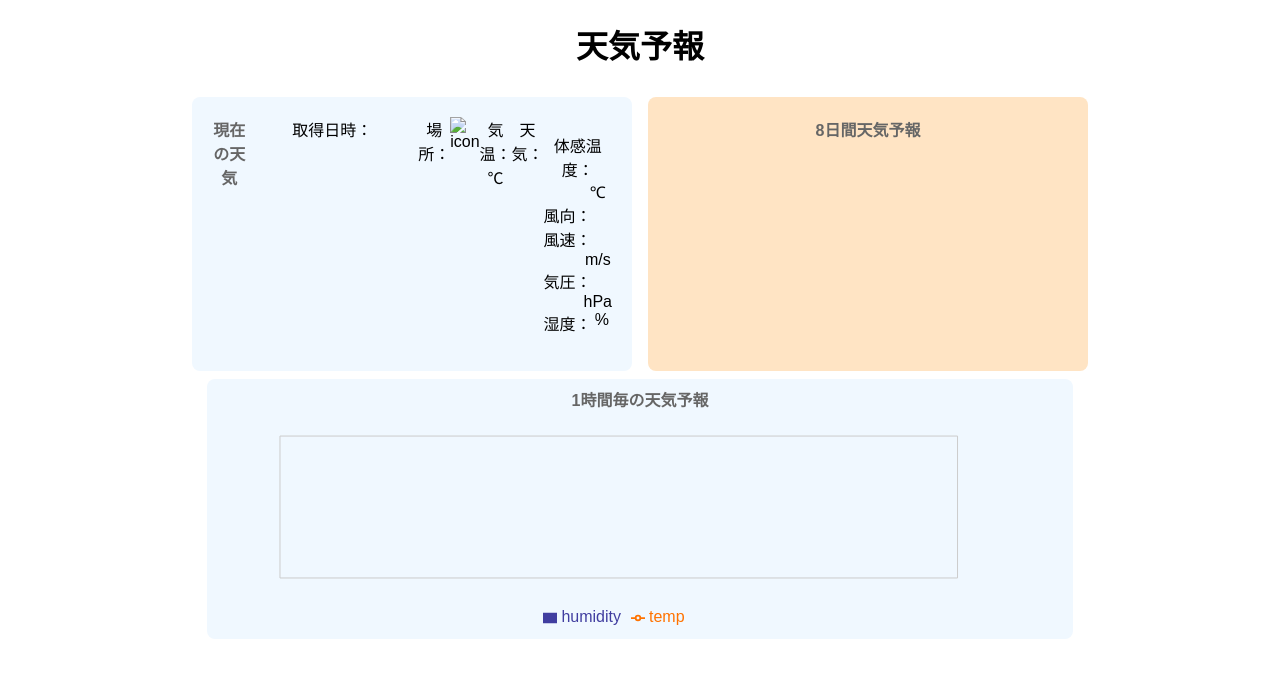
Repository: IshigureTomoki/weather-app
Page: /
These files come from the project's save history. The page is drawn as it stood at one moment and after the next save; the edit follows.
The browser window is 1280 px wide. The pictures show the whole page.
The page's requests for data from a server got no answer. The project was rebuilt for these pictures with package versions that can differ from the ones it lists, and the page was loaded fresh each time. No one was signed in, and anything a server would have sent is missing.

Above is the page before, as saved 2022-02-25 14:50:31.

### src/App.tsx
import axios from "axios";
import { report } from "process";
import React, { useEffect, useState } from "react";
import { convertTypeAcquisitionFromJson } from "typescript";
import "./App.css";
import { LinePlot } from "./components/LinePlot";

function App() {
  useEffect(() => {
    wetherOneCall();
  }, []);

  type weatherReportType = {
    time: string;
    timezone: string;
    temp: string;
    feels_like: string;
    wind_deg: string;
    wind_speed: string;
    pressure: string;
    humidity: string;
    weatherDescription: string;
    weatherIcon: string;
  };

  type weatherDailyReportsType = {
    dt: number;
    temp: {
      max: string;
      min: string;
    };
    weather: [
      {
        description: string;
        icon: string;
        id: string;
        main: string;
      }
    ];
  };

  type weatherHourlyReportsType = {
    time: string;
    temp: string;
    humidity: string;
  };

  const [weatherReport, setWeatherReport] = useState<weatherReportType>();
  const [weatherDailyReports, setWeatherDailyReports] = useState<
    weatherDailyReportsType[]
  >([]);

  const [weatherHourlyReports, setWeatherHourlyReports] = useState<
    weatherHourlyReportsType[]
  >([]);
  const [serchCity, setSearchCity] = useState("");

  const time = (dt: number) => {
    const srTime = new Date(dt * 1000);
    const time = srTime.toLocaleTimeString();
    return `${time}`;
  };

  const hour = (dt: number) => {
    const srTime = new Date(dt * 1000);
    const hour = srTime.getHours();
    return `${hour}`;
  };

  const mday = (dt: number) => {
    const srTime = new Date(dt * 1000);
    const day = srTime.toLocaleDateString();
    return `${day}`;
  };

  const date = (dt: number) => {
    const srTime = new Date(dt * 1000);
    const date = srTime.getDate();
    return `${date}`;
  };

  const dayOfWeekStr = (dt: number) => {
    const srTime = new Date(dt * 1000);
    const day = srTime.getDay();
    const dayOfWeekStrJP = ["日", "月", "火", "水", "木", "金", "土"];
    return `(${dayOfWeekStrJP[day]})`;
  };

  const wetherOneCall = async () => {
    await axios
      .get(
        "https://api.openweathermap.org/data/2.5/onecall?lat=35.690&lon=139.692&lang=ja&units=metric&appid=ff86fbdda3c22e95ce0071f6a7826f6c"
      )
      .then((res) => {
        console.log(res);

        const get_wind_deg = (wind_deg: number) => {
          let r = "北↓";
          if (wind_deg >= 11.25) r = "北北東";
          if (wind_deg >= 33.75) r = "北東↙︎";
          if (wind_deg >= 56.25) r = "東北東";
          if (wind_deg >= 78.75) r = "東←";
          if (wind_deg >= 101.25) r = "東南東";
          if (wind_deg >= 123.75) r = "南東↖︎";
          if (wind_deg >= 146.25) r = "南南東";
          if (wind_deg >= 168.75) r = "南↑";
          if (wind_deg >= 191.25) r = "南南西";
          if (wind_deg >= 213.75) r = "南西↗︎";
          if (wind_deg >= 236.25) r = "西南西";
          if (wind_deg >= 258.75) r = "西→";
          if (wind_deg >= 281.25) r = "西北西";
          if (wind_deg >= 303.75) r = "北西↘︎";
          if (wind_deg >= 326.25) r = "北北西";
          return r;
        };

        const report = {
          time: `${mday(res.data.current.dt)} ${time(res.data.current.dt)}`,
          timezone: res.data.timezone,
          temp: res.data.current.temp,
          feels_like: res.data.current.feels_like,
          wind_deg: get_wind_deg(res.data.current.wind_deg),
          wind_speed: res.data.current.wind_speed,
          pressure: res.data.current.pressure,
          humidity: res.data.current.humidity,
          weatherDescription: res.data.current.weather[0].description,
          weatherIcon: `http://openweathermap.org/img/wn/${res.data.current.weather[0].icon}@2x.png`,
        };

        const hourlyreports = res.data.hourly.map(
          (hourly: any, index: number) => {
            return {
              time: hour(hourly.dt),
              temp: hourly.temp,
              humidity: hourly.humidity,
            };
          }
        );

        hourlyreports.length = 24;

        console.log(report);
        setWeatherReport(report);
        setWeatherDailyReports(res.data.daily);
        console.log(hourlyreports);
        setWeatherHourlyReports(hourlyreports);
      });
  };
  return (
    <>
      <div className="App">
        <h1>天気予報</h1>
        <div className="upper">
          <div className="now-area">
            <div className="title">現在の天気</div>
            <div className="nowtime">取得日時：{weatherReport?.time}</div>
            <div className="nowplace">場所：{weatherReport?.timezone}</div>
            <div>
              <img src={weatherReport?.weatherIcon} alt="icon"
                      width={120}/>
            </div>
            <div>気温：{weatherReport?.temp}℃</div>
            <div>天気：{weatherReport?.weatherDescription}</div>
            <dl>
              <dt>体感温度</dt>
              <dd>{weatherReport?.feels_like}℃</dd>
              <dt>風向</dt>
              <dd>{weatherReport?.wind_deg}</dd>
              <dt>風速</dt>
              <dd>{weatherReport?.wind_speed}m/s</dd>
              <dt>気圧</dt>
              <dd>{weatherReport?.pressure}hPa</dd>
              <dt>湿度</dt>
              <dd>{weatherReport?.humidity}%</dd>
            </dl>
          </div>

          <div className="dayly-area">
            <div className="title">8日間天気予報</div>

            {weatherDailyReports.map((report) => (
              <>
                <div className="dayly">
                  <div className="daylyd">
                    {date(report.dt)}
                    {dayOfWeekStr(report.dt)}
                  </div>
                  <div className="daylyi">
                    <img
                      src={`http://openweathermap.org/img/wn/${report.weather[0].icon}@2x.png`}
                      alt="icon"
                      width={40}
                    />
                  </div>
                  <div className="daylyde">{report.weather[0].description}</div>
                  <div className="daylym">
                    {report.temp.max}/{report.temp.min}℃
                  </div>
                </div>
              </>
            ))}
          </div>
        </div>

        <div className="hourly-area">
          <div className="title">1時間毎の天気予報</div>
          <LinePlot data={weatherHourlyReports} />
        </div>
      </div>
    </>
  );
}

export default App;

### src/App.css
body {
  font-family: sans-serif;
}

.App {
  text-align: center;
}

.upper {
  display: flex;
  justify-content: center;
}
.now-area {
  text-align: center;
  display: flex;

  background-color: aliceblue;
  width: 400px;
  padding: 20px;
  margin: 8px;
  border-radius: 8px;
}
.nowtime {
  width: 400px;
}

dt {
  float: left;
}

dt::after {
  content: "：";
}

.dayly-area {
  text-align: center;
  background-color: bisque;
  width: 400px;
  padding: 20px;
  margin: 8px;
  border-radius: 8px;
}

.dayly {
  display: flex;
}

.daylyd {
  width: 60px;
}

.daylyi {
  width: 90px;
}

.daylym {
  width: 150px;
}

.daylyde {
  width: 100px;
}

.hourly-area {
  background-color: aliceblue;
  width: 850px;
  padding: 8px;
  margin: 0 auto;
  border-radius: 8px;
}
.title {
  text-align: center;
  margin: 0px 0px 20px 0px;
  font-weight: bold;
  color: #666;
}

### src/components/LinePlot.tsx
import {
  Line,
  CartesianGrid,
  XAxis,
  YAxis,
  Tooltip,
  Bar,
  ComposedChart,
  ResponsiveContainer,
  Legend,
} from "recharts";

export const LinePlot = (props: any) => {
  const data = props.data;
  // const data = [
  //   { time: "15", temp: 8.67, humidity: 5 },
  //   { time: "16", temp: 8.87, humidity: 24 },
  //   { time: "17", temp: 8.61, humidity: 25 },
  //   { time: "18", temp: 8.26, humidity: 26 },
  //   { time: "19", temp: 6.67, humidity: 60 },
  //   { time: "20", temp: 5.31, humidity: 68 },
  //   { time: "21", temp: 3.73, humidity: 10 },
  //   { time: "22", temp: 3.32, humidity: 22 },
  // ];
  console.log(data);
  return (
    <ResponsiveContainer width="95%" height={200}>
      <ComposedChart  data={data}>
        <Bar
          yAxisId={2}
          dataKey="humidity"
          barSize={15}
          fill="#413ea0"
          label={{ fill: "white", fontSize: 10 }}
        />
        <Line yAxisId={1} type="monotone" dataKey="temp" stroke="#ff7300" />
        <CartesianGrid stroke="#ccc" />
        <XAxis dataKey="time" label={{ value: "時刻", dx: 5 }} />
        <YAxis yAxisId={1} tickCount={8} unit="℃" label={{ value: "気温" }} />
        <YAxis
          yAxisId={2}
          tickCount={8}
          unit="%"
          label={{ value: "降水確率", dx: 5 }}
          orientation="right"
        />
        <Legend />
        <Tooltip />
      </ComposedChart>
    </ResponsiveContainer>
  );
};

Loaded but not shown: public/index.html (common file); src/index.tsx (common file); src/index.css (common file); src/reportWebVitals.ts (common file)

After the next save:
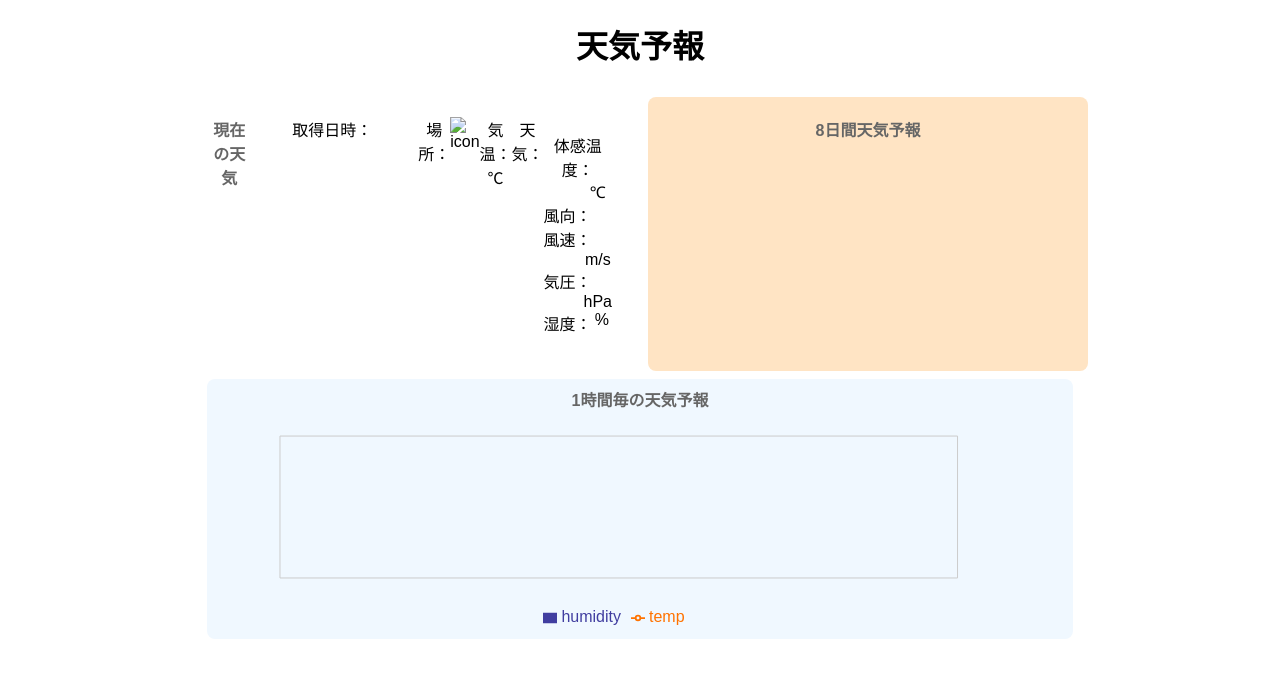
Saved 6 s later.
--- a/src/App.css
+++ b/src/App.css
@@ -13,7 +13,7 @@
 .now-area {
   text-align: center;
   display: flex;
-
+  ju
   background-color: aliceblue;
   width: 400px;
   padding: 20px;

After the 2 saves that followed:
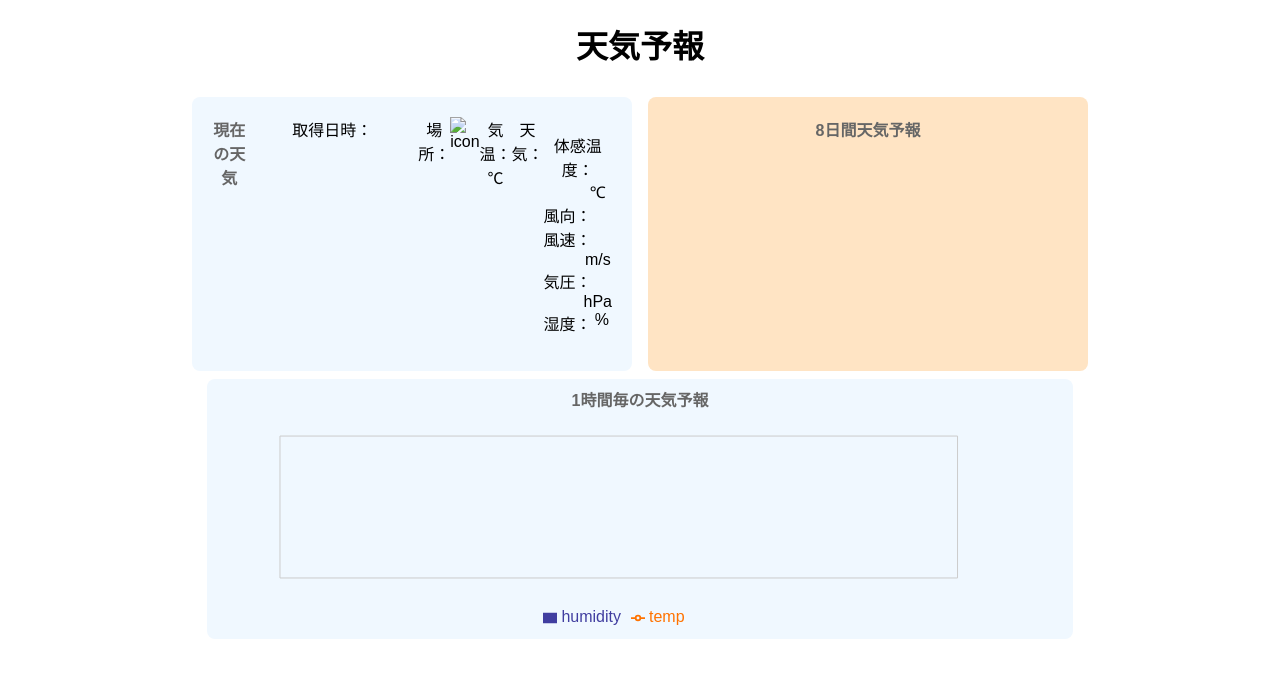
The 2 saves are shown as one change because they came seconds apart.
The last was saved 5 s later.
--- a/src/App.css
+++ b/src/App.css
@@ -13,7 +13,7 @@
 .now-area {
   text-align: center;
   display: flex;
-  ju
+  justify-content: center;
   background-color: aliceblue;
   width: 400px;
   padding: 20px;
